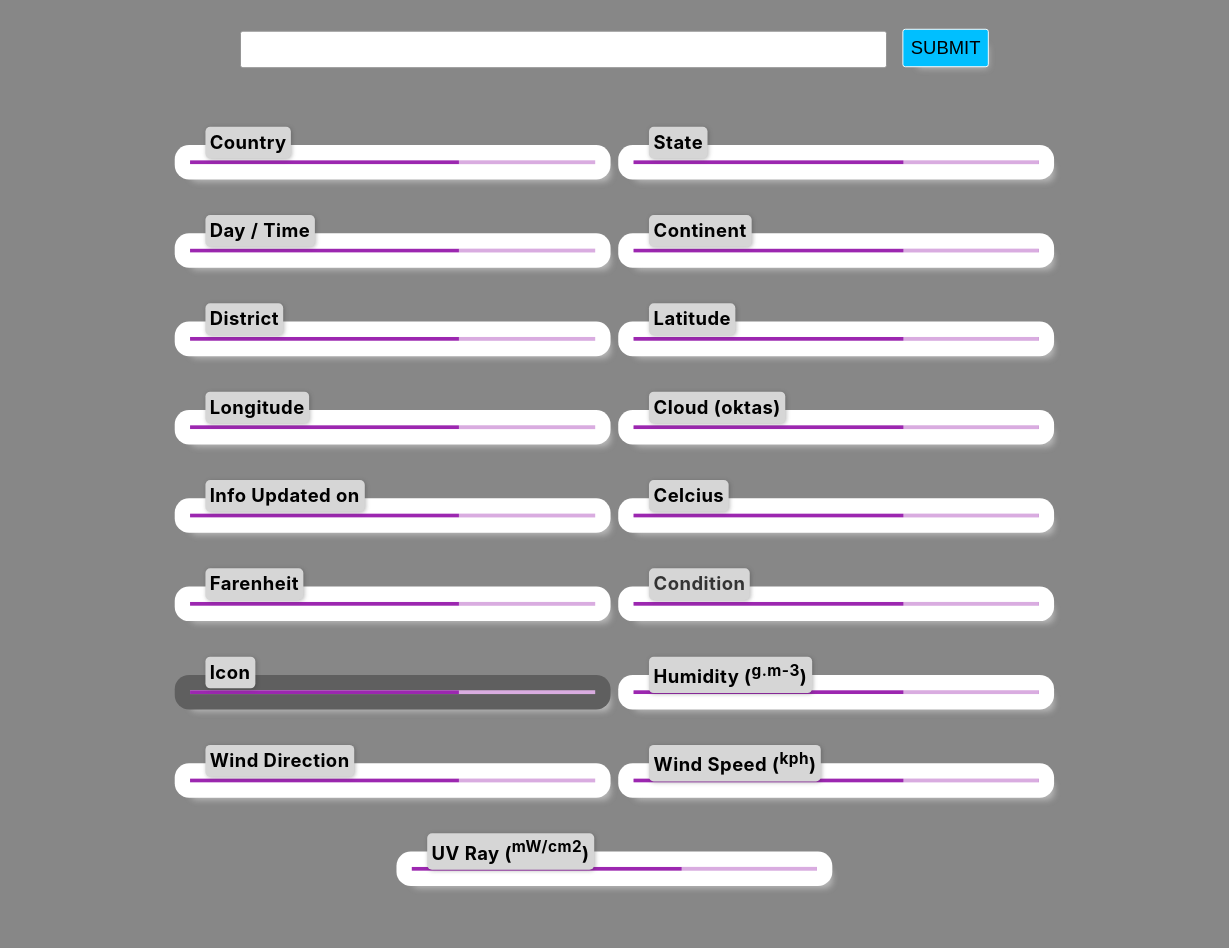
Repository: Imprasna/practising-API
Page: /
An editor plug-in stored every save of this project. The page is shown before and after the next save, followed by the edit.
The browser window is 1280 px wide. The pictures show the whole page, at 96% of full size.
The project was rebuilt for these pictures with package versions that can differ from the ones it lists, and the page was loaded fresh each time. Also part of the build but not shown: src/component/Country.js, src/component/Region.js, src/component/Time.js, src/component/Continent.js, src/component/District.js, src/component/Cloud.js, src/component/UpdatedWeather.js, src/component/Celcius.js and 9 more.

Above is the page before, as saved 2021-11-12 00:10:06.

### src/App.js
import './App.css';
import Get from './Get'

function App() {
  return (
    <div className="App">
      <Get />
    </div>
  );
}

export default App;

### src/Get.js
import React, { useState } from "react";
import axios from "axios";
// import moment from 'moment';
import Country from "./component/Country";
import Region from "./component/Region";
import Time from "./component/Time";
import Continent from "./component/Continent";
import District from "./component/District";
import Cloud from "./component/Cloud";
import UpdatedWeather from "./component/UpdatedWeather";
import Celcius from "./component/Celcius";
import Farenheit from "./component/Farenheit";
import Latitude from "./component/Latitude";
import Longitude from "./component/Longitude";
import Condition from "./component/Condition";
import Icon from "./component/Icon";
import Humidity from "./component/Humidity";
import WindDirection from "./component/WindDirection";
import WindSpeed from "./component/WindSpeed";
import Uv from "./component/Uv";
import "./component/style.css";
// import CircularProgress from '@mui/material/CircularProgress';
import LinearProgress from '@mui/material/LinearProgress';



const Get = () => {
	const [getPost, setGetPost] = useState([]);
	const [loading, setLoading] = useState(false);
	const [values, setValues] = useState({ cities: "" });

	React.useEffect =
		(() => {
			getData();

			const CName = () => {
				setGetPost(getPost);
			};
			CName();
		},
		[]);

		const getData = async () =>
		{
			const city = values.cities;
			try {
				const res = await axios.get(
					`http://api.weatherapi.com/v1/current.json?key=b572a200fc624a6a85671436211310&q=${city}&aqi=yes`
					);
				setTimeout(function ()
				{
					// console.log(res.data.current);
					// console.log(res.data.location);
					// setGetPost(res.data);
					(setGetPost(res.data))
					setLoading(true);
				}, 3000);

			console.log(getPost);
			// console.log(res.data.current);
			// setGetPost({res});
		} catch (err) {
			console.log(err);
		}
	};
	console.log(getPost);

	const onChangeHandler = (e) => {
		const name = e.target.name;
		const value = e.target.value;

		// here values is the state name
		let inputValues = values;
		inputValues[name] = value;
		setValues({ ...inputValues });
		setLoading(false);
	};

	return (
		<>
			<input
				className="search-box"
				type="text"
				value={values.cities}
				name="cities"
				onChange={(e) => onChangeHandler(e)}
			/>
			<button className="button" onClick={getData}>
				Submit
			</button>

			<div className="whole">
				<div className="Country">
					{loading ? (<Country CName={getPost} />) : (<LinearProgress  color="secondary"  />)}
					<h1>Country</h1>
				</div>

				<div className="region">
				{loading ? (<Region CName={getPost} />) : (<LinearProgress  color="secondary"  />) }
					<h1>State</h1>

				</div>

				<div className="time">
				{loading ? (<Time CName={getPost} />) : (<LinearProgress  color="secondary"  />) }
					<h1>Day / Time</h1>

				</div>

				<div className="continent">
				{loading ? (<Continent CName={getPost} />) : (<LinearProgress  color="secondary"  />) }
					<h1>Continent</h1>

				</div>

				<div className="district">
				{loading ? (<District CName={getPost} />) : (<LinearProgress  color="secondary"  />) }
					<h1>District</h1>

				</div>

				<div className="lat">
				{loading ? (<Latitude CName={getPost} />) : (<LinearProgress  color="secondary"  />) }
					<h1>Latitude</h1>

				</div>

				<div className="lon">
				{loading ? (<Longitude CName={getPost} />) : (<LinearProgress  color="secondary"  />) }
					<h1>Longitude</h1>

				</div>

				<div className="cloud">
				{loading ? (<Cloud CName={getPost} />) : (<LinearProgress  color="secondary"  />) }
					<h1>Cloud (oktas)</h1>

				</div>

				<div className="upt">
				{loading ? (<UpdatedWeather CName={getPost} />) : (<LinearProgress  color="secondary"  />) }
					<h1>Info Updated on</h1>

				</div>

				<div className="cel">
				{loading ? (<Celcius CName={getPost} />) : (<LinearProgress  color="secondary"  />) }
					<h1>Celcius</h1>

				</div>

				<div className="far">
				{loading ? (<Farenheit CName={getPost} />) : (<LinearProgress  color="secondary"  />) }
					<h1>Farenheit</h1>

				</div>

				<div className="cond">
				{loading ? (<Condition CName={getPost} />) : (<LinearProgress  color="secondary"  />) }
					<h1>Condition</h1>

				</div>

				<div className="icon">
				{loading ? (<Icon CName={getPost} />) : (<LinearProgress  color="secondary"  />) }
					<h1>Icon</h1>

				</div>

				<div className="hum">
				{loading ? (<Humidity CName={getPost} />) : (<LinearProgress  color="secondary"  />) }
					<h1>
						Humidity (<sup>g.m-3</sup>)
					</h1>

				</div>


				<div className="wd">
				{loading ? (<WindDirection CName={getPost} />) : (<LinearProgress  color="secondary"  />) }
					<h1>Wind Direction</h1>

				</div>

				<div className="ws">
				{loading ? (<WindSpeed CName={getPost} />) : (<LinearProgress  color="secondary"  />) }
					<h1>
						Wind Speed (<sup>kph</sup>)
					</h1>

				</div>

				<div className="uv">
				{loading ? (<Uv CName={getPost} />) : (<LinearProgress  color="secondary"  />) }
					<h1>
						UV Ray (<sup>mW/cm2</sup>)
					</h1>

				</div>
			</div>
		</>
	);
};

export default Get;

### src/component/style.css
body {
    background: #878787;
}

.whole {
    width: 100%;
    height: 100%;
    display: flex;
    justify-content: center;
    align-items: center;
    flex-wrap: wrap;
    gap: .5rem;
    margin-bottom: 4rem;
}

.search-box {
    width: 50%;
    padding: .5rem 1rem;
    border-radius: 3px;
    border: 1px solid #929292;
    outline: none;
    font-size: 1rem;
    line-height: 1.3em;
    margin: 0 auto;
    margin-bottom: 2rem;
    margin-top: 2rem;
    margin-right: 1rem;
    text-transform: uppercase;
}

.button {
    padding: .5rem;
    outline: none;
    border: 1px solid #fff;
    box-shadow: 8px 10px 7px -8px rgba(204,204,204,0.75);
    cursor: pointer;
    font-size: 1.2rem;
    text-transform: uppercase;
    border-radius: 3px;
    background: deepskyblue;
}

.Country {
    width: 33%;
    color: #000;
    padding: 1rem;
    border-radius: 15px;
    background-color: #fff;
    box-shadow: 8px 10px 7px -8px rgba(204,204,204,0.75);
    position: relative;
    font-size: 1.1rem;
    font-weight: 600;
    letter-spacing: .5px;
    margin-top: 3rem;
}

.Country > h1 {
    position: absolute;
    top: -2rem;
    left: 2rem;
    padding: .3rem;
    background-color: #d6d6d6;
    border-radius: 5px;
    font-size: 1.2rem;
    filter: drop-shadow(1px 1px 2px rgba(44, 44, 44, 0.342));
    color: #000;
}

.region {
    width: 33%;
    color: #000;
    padding: 1rem;
    border-radius: 15px;
    background-color: #fff;
    box-shadow: 8px 10px 7px -8px rgba(204,204,204,0.75);
    position: relative;
    font-size: 1.1rem;
    font-weight: 600;
    letter-spacing: .5px;
    margin-top: 3rem;
}

.region > h1 {
    position: absolute;
    top: -2rem;
    left: 2rem;
    padding: .3rem;
    background-color: #d6d6d6;
    border-radius: 5px;
    font-size: 1.2rem;
    filter: drop-shadow(1px 1px 2px rgba(44, 44, 44, 0.342));
    color: #000;
}

.time {
    width: 33%;
    color: #000;
    padding: 1rem;
    border-radius: 15px;
    background-color: #fff;
    box-shadow: 8px 10px 7px -8px rgba(204,204,204,0.75);
    position: relative;
    font-size: 1.1rem;
    font-weight: 600;
    letter-spacing: .5px;
    margin-top: 3rem;
}

.time > h1 {
    position: absolute;
    top: -2rem;
    left: 2rem;
    padding: .3rem;
    background-color: #d6d6d6;
    border-radius: 5px;
    font-size: 1.2rem;
    filter: drop-shadow(1px 1px 2px rgba(44, 44, 44, 0.342));
    color: #000;
}

.continent {
    width: 33%;
    color: #000;
    padding: 1rem;
    border-radius: 15px;
    background-color: #fff;
    box-shadow: 8px 10px 7px -8px rgba(204,204,204,0.75);
    position: relative;
    font-size: 1.1rem;
    font-weight: 600;
    letter-spacing: .5px;
    margin-top: 3rem;
}

.continent > h1 {
    position: absolute;
    top: -2rem;
    left: 2rem;
    padding: .3rem;
    background-color: #d6d6d6;
    border-radius: 5px;
    font-size: 1.2rem;
    filter: drop-shadow(1px 1px 2px rgba(44, 44, 44, 0.342));
    color: #000;
}

.district {
    width: 33%;
    color: #000;
    padding: 1rem;
    border-radius: 15px;
    background-color: #fff;
    box-shadow: 8px 10px 7px -8px rgba(204,204,204,0.75);
    position: relative;
    font-size: 1.1rem;
    font-weight: 600;
    letter-spacing: .5px;
    margin-top: 3rem;
}

.district > h1 {
    position: absolute;
    top: -2rem;
    left: 2rem;
    padding: .3rem;
    background-color: #d6d6d6;
    border-radius: 5px;
    font-size: 1.2rem;
    filter: drop-shadow(1px 1px 2px rgba(44, 44, 44, 0.342));
    color: #000;
}

.lat {
    width: 33%;
    color: #000;
    padding: 1rem;
    border-radius: 15px;
    background-color: #fff;
    box-shadow: 8px 10px 7px -8px rgba(204,204,204,0.75);
    position: relative;
    font-size: 1.1rem;
    font-weight: 600;
    letter-spacing: .5px;
    margin-top: 3rem;
}

.lat > h1 {
    position: absolute;
    top: -2rem;
    left: 2rem;
    padding: .3rem;
    background-color: #d6d6d6;
    border-radius: 5px;
    font-size: 1.2rem;
    filter: drop-shadow(1px 1px 2px rgba(44, 44, 44, 0.342));
    color: #000;
}

.lon {
    width: 33%;
    color: #000;
    padding: 1rem;
    border-radius: 15px;
    background-color: #fff;
    box-shadow: 8px 10px 7px -8px rgba(204,204,204,0.75);
    position: relative;
    font-size: 1.1rem;
    font-weight: 600;
    letter-spacing: .5px;
    margin-top: 3rem;
}

.lon > h1 {
    position: absolute;
    top: -2rem;
    left: 2rem;
    padding: .3rem;
    background-color: #d6d6d6;
    border-radius: 5px;
    font-size: 1.2rem;
    filter: drop-shadow(1px 1px 2px rgba(44, 44, 44, 0.342));
    color: #000;
}

.cloud {
    width: 33%;
    color: #000;
    padding: 1rem;
    border-radius: 15px;
    background-color: #fff;
    box-shadow: 8px 10px 7px -8px rgba(204,204,204,0.75);
    position: relative;
    font-size: 1.1rem;
    font-weight: 600;
    letter-spacing: .5px;
    margin-top: 3rem;
}

.cloud > h1 {
    position: absolute;
    top: -2rem;
    left: 2rem;
    padding: .3rem;
    background-color: #d6d6d6;
    border-radius: 5px;
    font-size: 1.2rem;
    filter: drop-shadow(1px 1px 2px rgba(44, 44, 44, 0.342));
    color: #000;
}

.upt {
    width: 33%;
    color: #000;
    padding: 1rem;
    border-radius: 15px;
    background-color: #fff;
    box-shadow: 8px 10px 7px -8px rgba(204,204,204,0.75);
    position: relative;
    font-size: 1.1rem;
    font-weight: 600;
    letter-spacing: .5px;
    margin-top: 3rem;
}

.upt > h1 {
    position: absolute;
    top: -2rem;
    left: 2rem;
    padding: .3rem;
    background-color: #d6d6d6;
    border-radius: 5px;
    font-size: 1.2rem;
    filter: drop-shadow(1px 1px 2px rgba(44, 44, 44, 0.342));
    color: #000;
}

.cel {
    width: 33%;
    color: #000;
    padding: 1rem;
    border-radius: 15px;
    background-color: #fff;
    box-shadow: 8px 10px 7px -8px rgba(204,204,204,0.75);
    position: relative;
    font-size: 1.1rem;
    font-weight: 600;
    letter-spacing: .5px;
    margin-top: 3rem;
}

.cel > h1 {
    position: absolute;
    top: -2rem;
    left: 2rem;
    padding: .3rem;
    background-color: #d6d6d6;
    border-radius: 5px;
    font-size: 1.2rem;
    filter: drop-shadow(1px 1px 2px rgba(44, 44, 44, 0.342));
    color: #000;
}

.far {
    width: 33%;
    color: #000;
    padding: 1rem;
    border-radius: 15px;
    background-color: #fff;
    box-shadow: 8px 10px 7px -8px rgba(204,204,204,0.75);
    position: relative;
    font-size: 1.1rem;
    font-weight: 600;
    letter-spacing: .5px;
    margin-top: 3rem;
}

.far > h1 {
    position: absolute;
    top: -2rem;
    left: 2rem;
    padding: .3rem;
    background-color: #d6d6d6;
    border-radius: 5px;
    font-size: 1.2rem;
    filter: drop-shadow(1px 1px 2px rgba(44, 44, 44, 0.342));
    color: #000;
}

.cond {
    width: 33%;
    color: #000;
    padding: 1rem;
    border-radius: 15px;
    background-color: #fff;
    box-shadow: 8px 10px 7px -8px rgba(204,204,204,0.75);
    position: relative;
    font-size: 1.1rem;
    font-weight: 600;
    letter-spacing: .5px;
    margin-top: 3rem;
}

.cond > h1 {
    position: absolute;
    top: -2rem;
    left: 2rem;
    padding: .3rem;
    background-color: #d6d6d6;
    border-radius: 5px;
    font-size: 1.2rem;
    filter: drop-shadow(1px 1px 2px rgba(44, 44, 44, 0.342));
    color: #333;
}


.icon {
    width: 33%;
    color: #000;
    padding: 1rem;
    border-radius: 15px;
    background-color: #5f5f5f;
    box-shadow: 8px 10px 7px -8px rgba(204,204,204,0.75);
    position: relative;
    font-size: 1.1rem;
    font-weight: 600;
    letter-spacing: .5px;
    margin-top: 3rem;
}

.icon > h1 {
    position: absolute;
    top: -2rem;
    left: 2rem;
    padding: .3rem;
    background-color: #d6d6d6;
    border-radius: 5px;
    font-size: 1.2rem;
    filter: drop-shadow(1px 1px 2px rgba(44, 44, 44, 0.342));
    color: #000;
}

.hum {
    width: 33%;
    color: #000;
    padding: 1rem;
    border-radius: 15px;
    background-color: #fff;
    box-shadow: 8px 10px 7px -8px rgba(204,204,204,0.75);
    position: relative;
    font-size: 1.1rem;
    font-weight: 600;
    letter-spacing: .5px;
    margin-top: 3rem;
}

.hum > h1 {
    position: absolute;
    top: -2rem;
    left: 2rem;
    padding: .3rem;
    background-color: #d6d6d6;
    border-radius: 5px;
    font-size: 1.2rem;
    filter: drop-shadow(1px 1px 2px rgba(44, 44, 44, 0.342));
    color: #000;
}

.wd {
    width: 33%;
    color: #000;
    padding: 1rem;
    border-radius: 15px;
    background-color: #fff;
    box-shadow: 8px 10px 7px -8px rgba(204,204,204,0.75);
    position: relative;
    font-size: 1.1rem;
    font-weight: 600;
    letter-spacing: .5px;
    margin-top: 3rem;
}

.wd > h1 {
    position: absolute;
    top: -2rem;
    left: 2rem;
    padding: .3rem;
    background-color: #d6d6d6;
    border-radius: 5px;
    font-size: 1.2rem;
    filter: drop-shadow(1px 1px 2px rgba(44, 44, 44, 0.342));
    color: #000;
}

.ws {
    width: 33%;
    color: #000;
    padding: 1rem;
    border-radius: 15px;
    background-color: #fff;
    box-shadow: 8px 10px 7px -8px rgba(204,204,204,0.75);
    position: relative;
    font-size: 1.1rem;
    font-weight: 600;
    letter-spacing: .5px;
    margin-top: 3rem;
}

.ws > h1 {
    position: absolute;
    top: -2rem;
    left: 2rem;
    padding: .3rem;
    background-color: #d6d6d6;
    border-radius: 5px;
    font-size: 1.2rem;
    filter: drop-shadow(1px 1px 2px rgba(44, 44, 44, 0.342));
    color: #000;
}

.uv {
    width: 33%;
    color: #000;
    padding: 1rem;
    border-radius: 15px;
    background-color: #fff;
    box-shadow: 8px 10px 7px -8px rgba(204,204,204,0.75);
    position: relative;
    font-size: 1.1rem;
    font-weight: 600;
    letter-spacing: .5px;
    margin-top: 3rem;
}

.uv > h1 {
    position: absolute;
    top: -2rem;
    left: 2rem;
    padding: .3rem;
    background-color: #d6d6d6;
    border-radius: 5px;
    font-size: 1.2rem;
    filter: drop-shadow(1px 1px 2px rgba(44, 44, 44, 0.342));
    color: #000;
}

Loaded but not shown: public/index.html (common file); src/index.js (common file); src/index.css (common file); src/App.css (common file)

After the next save:
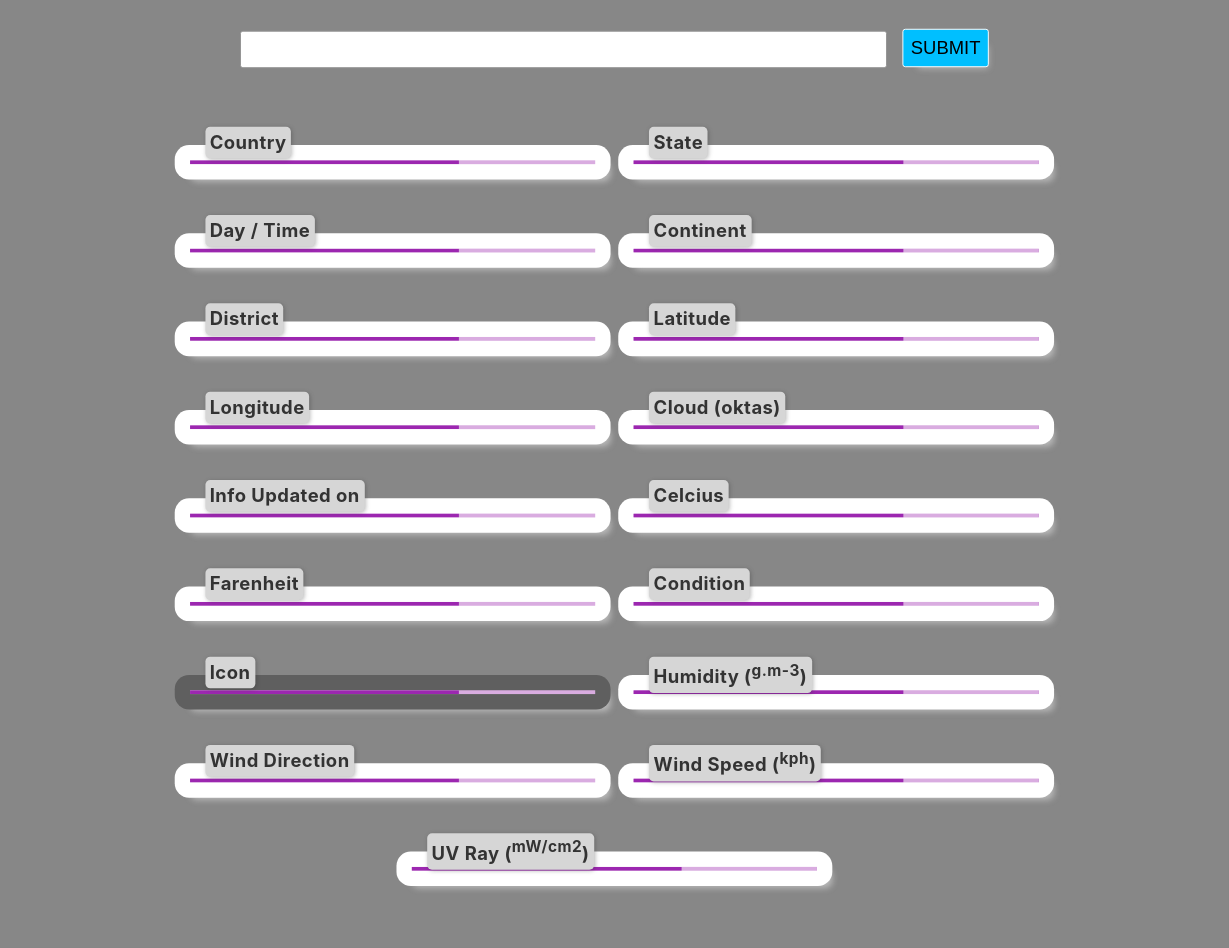
Saved 73 s later.
--- a/src/component/style.css
+++ b/src/component/style.css
@@ -63,7 +63,7 @@ body {
     border-radius: 5px;
     font-size: 1.2rem;
     filter: drop-shadow(1px 1px 2px rgba(44, 44, 44, 0.342));
-    color: #000;
+    color: #333;
 }
 
 .region {
@@ -89,7 +89,7 @@ body {
     border-radius: 5px;
     font-size: 1.2rem;
     filter: drop-shadow(1px 1px 2px rgba(44, 44, 44, 0.342));
-    color: #000;
+    color: #333;
 }
 
 .time {
@@ -115,7 +115,7 @@ body {
     border-radius: 5px;
     font-size: 1.2rem;
     filter: drop-shadow(1px 1px 2px rgba(44, 44, 44, 0.342));
-    color: #000;
+    color: #333;
 }
 
 .continent {
@@ -141,7 +141,7 @@ body {
     border-radius: 5px;
     font-size: 1.2rem;
     filter: drop-shadow(1px 1px 2px rgba(44, 44, 44, 0.342));
-    color: #000;
+    color: #333;
 }
 
 .district {
@@ -167,7 +167,7 @@ body {
     border-radius: 5px;
     font-size: 1.2rem;
     filter: drop-shadow(1px 1px 2px rgba(44, 44, 44, 0.342));
-    color: #000;
+    color: #333;
 }
 
 .lat {
@@ -193,7 +193,7 @@ body {
     border-radius: 5px;
     font-size: 1.2rem;
     filter: drop-shadow(1px 1px 2px rgba(44, 44, 44, 0.342));
-    color: #000;
+    color: #333;
 }
 
 .lon {
@@ -219,7 +219,7 @@ body {
     border-radius: 5px;
     font-size: 1.2rem;
     filter: drop-shadow(1px 1px 2px rgba(44, 44, 44, 0.342));
-    color: #000;
+    color: #333;
 }
 
 .cloud {
@@ -245,7 +245,7 @@ body {
     border-radius: 5px;
     font-size: 1.2rem;
     filter: drop-shadow(1px 1px 2px rgba(44, 44, 44, 0.342));
-    color: #000;
+    color: #333;
 }
 
 .upt {
@@ -271,7 +271,7 @@ body {
     border-radius: 5px;
     font-size: 1.2rem;
     filter: drop-shadow(1px 1px 2px rgba(44, 44, 44, 0.342));
-    color: #000;
+    color: #333;
 }
 
 .cel {
@@ -297,7 +297,7 @@ body {
     border-radius: 5px;
     font-size: 1.2rem;
     filter: drop-shadow(1px 1px 2px rgba(44, 44, 44, 0.342));
-    color: #000;
+    color: #333;
 }
 
 .far {
@@ -323,7 +323,7 @@ body {
     border-radius: 5px;
     font-size: 1.2rem;
     filter: drop-shadow(1px 1px 2px rgba(44, 44, 44, 0.342));
-    color: #000;
+    color: #333;
 }
 
 .cond {
@@ -376,7 +376,7 @@ body {
     border-radius: 5px;
     font-size: 1.2rem;
     filter: drop-shadow(1px 1px 2px rgba(44, 44, 44, 0.342));
-    color: #000;
+    color: #333;
 }
 
 .hum {
@@ -402,7 +402,7 @@ body {
     border-radius: 5px;
     font-size: 1.2rem;
     filter: drop-shadow(1px 1px 2px rgba(44, 44, 44, 0.342));
-    color: #000;
+    color: #333;
 }
 
 .wd {
@@ -428,7 +428,7 @@ body {
     border-radius: 5px;
     font-size: 1.2rem;
     filter: drop-shadow(1px 1px 2px rgba(44, 44, 44, 0.342));
-    color: #000;
+    color: #333;
 }
 
 .ws {
@@ -454,7 +454,7 @@ body {
     border-radius: 5px;
     font-size: 1.2rem;
     filter: drop-shadow(1px 1px 2px rgba(44, 44, 44, 0.342));
-    color: #000;
+    color: #333;
 }
 
 .uv {
@@ -480,5 +480,5 @@ body {
     border-radius: 5px;
     font-size: 1.2rem;
     filter: drop-shadow(1px 1px 2px rgba(44, 44, 44, 0.342));
-    color: #000;
-}
+    color: #333;
+}
